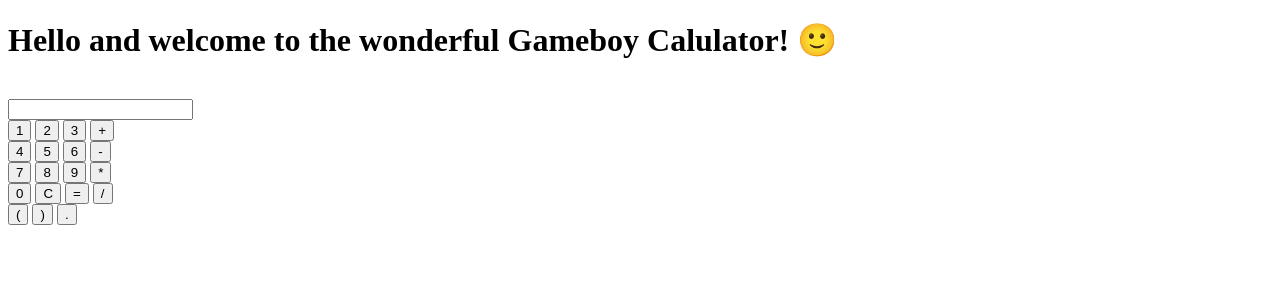
Repository: CrazyPaine/GameBoy-Calculator
Page: index.html
An editor plug-in stored every save of this project. The page is shown before and after the next save, followed by the edit.
The browser window is 1280 px wide. The pictures show the whole page.

Above is the page before, as saved 2024-02-02 17:45:21.

After the next save:
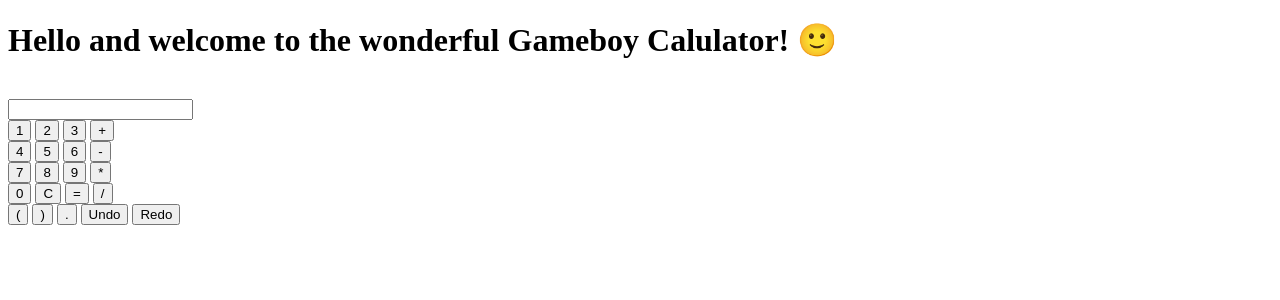
Saved 107 s later.
--- a/index.html
+++ b/index.html
@@ -37,6 +37,8 @@
             <button onclick="appendToDisplay('(')" class="button">(</button>
             <button onclick="appendToDisplay(')')" class="button">)</button>
             <button onclick="addDecimalPoint()" class="button">.</button>
+            <button onclick="undo()" class="button">Undo</button>
+            <button onclick="redo()" class="button">Redo</button>
 
     </div>
 </body>
